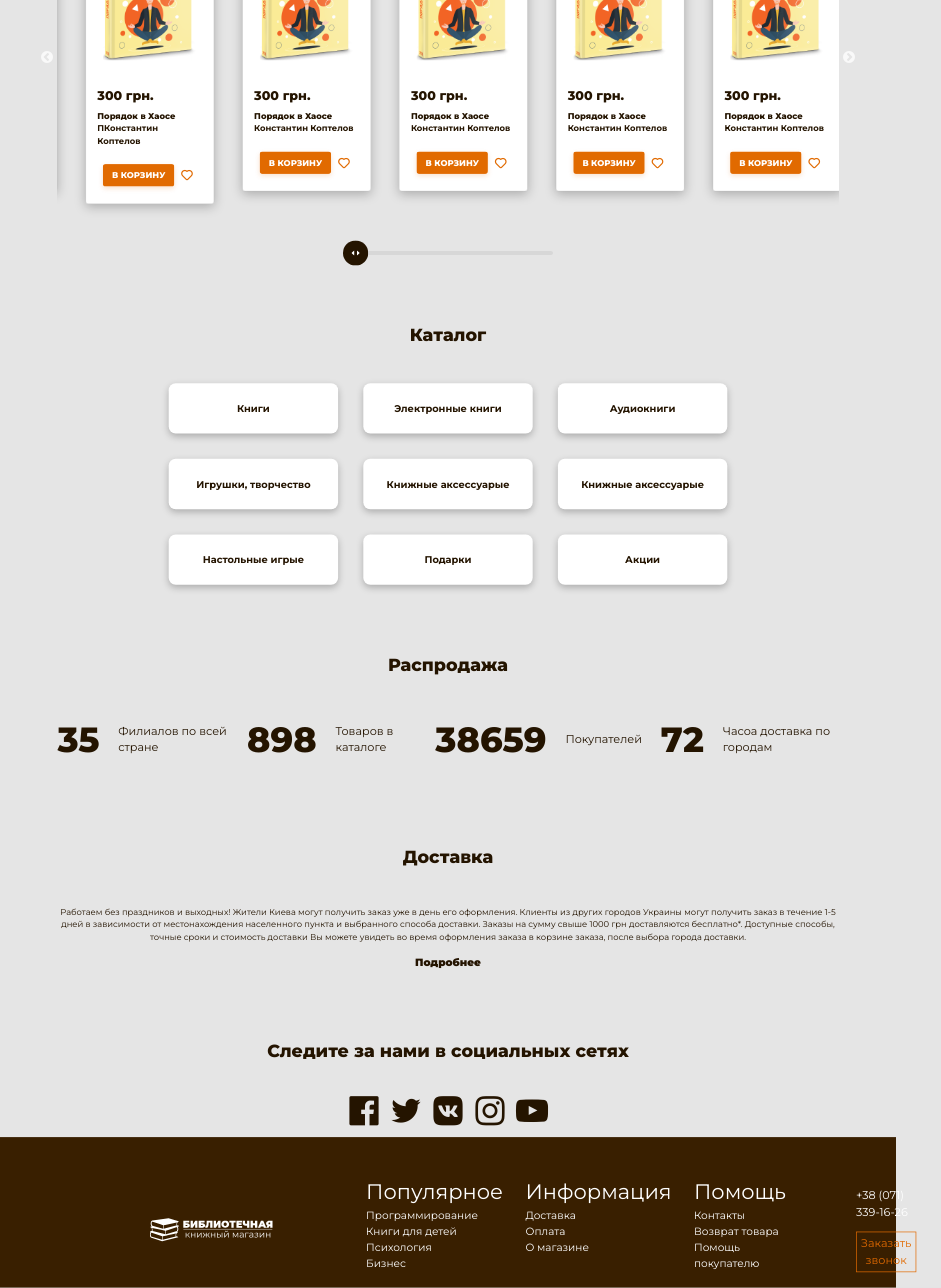
Repository: saidabbasun/Kutubxona
Page: /
These files come from the project's save history. The page is drawn as it stood at one moment and after a run of saves; the edit follows.
The browser window is 1280 px wide. The page is 1344 px wide, so the pictures cover 1344 px, including what lies to the right of the window. The pictures show the part of the page from y = 1788 to 3628 px (the page is 3628 px tall), at 70% of full size.
The project was rebuilt for these pictures with package versions that can differ from the ones it lists, and the page was loaded fresh each time.

Above is the page before, as saved 2022-05-30 19:21:32.

After the next 3 saves:
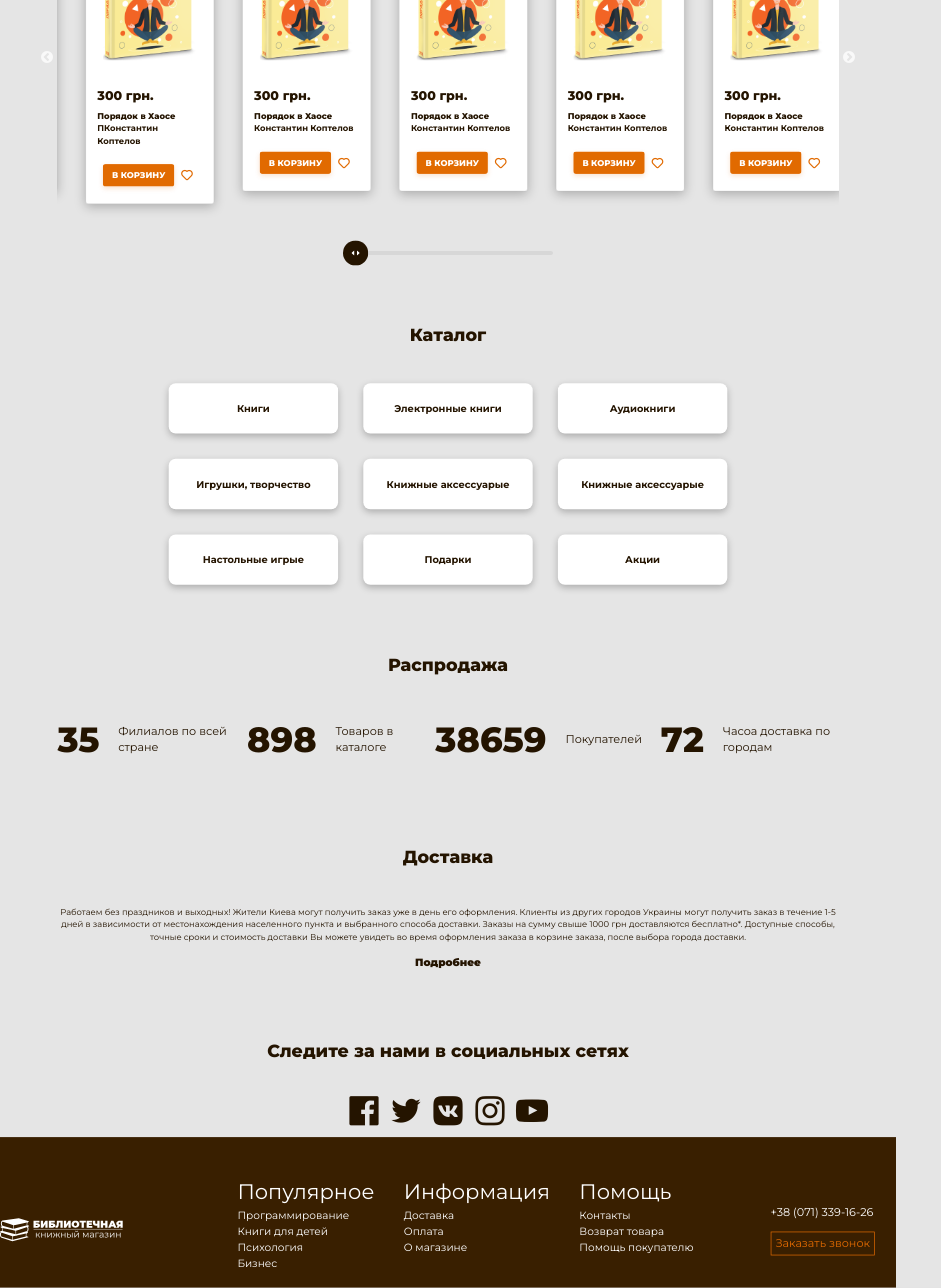
The 3 saves are shown as one change because they came seconds apart.
The last was saved 28 s later.
--- a/src/Style/Footer/Footer.scss
+++ b/src/Style/Footer/Footer.scss
@@ -1,6 +1,6 @@
 @import '../Globl/variable';
 .Footer{
-    padding: 56px 214px 8px;
+    padding: 56px 0 8px;
     background-color: $color_footer;
 
 }
